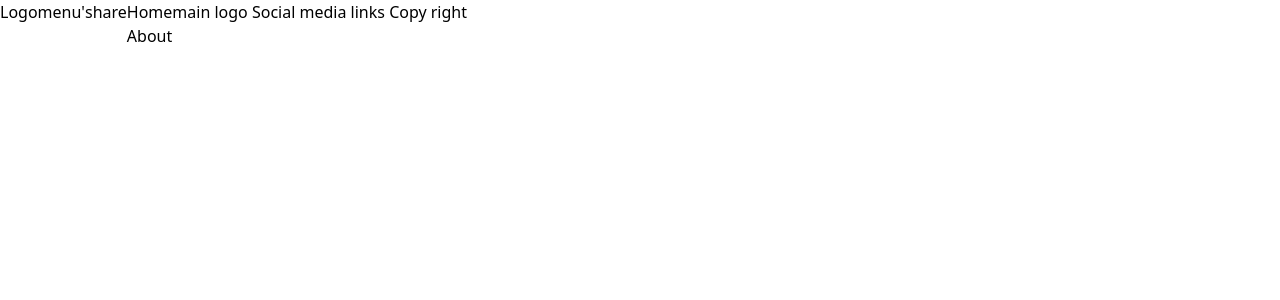
Repository: linco6054/template-tailwindcss
Page: index.html
These files come from the project's save history. The page is drawn as it stood at one moment and after the next save; the edit follows.
The browser window is 1280 px wide. The pictures show the whole page.

Above is the page before, as saved 2021-08-17 14:00:58.

After the next save:
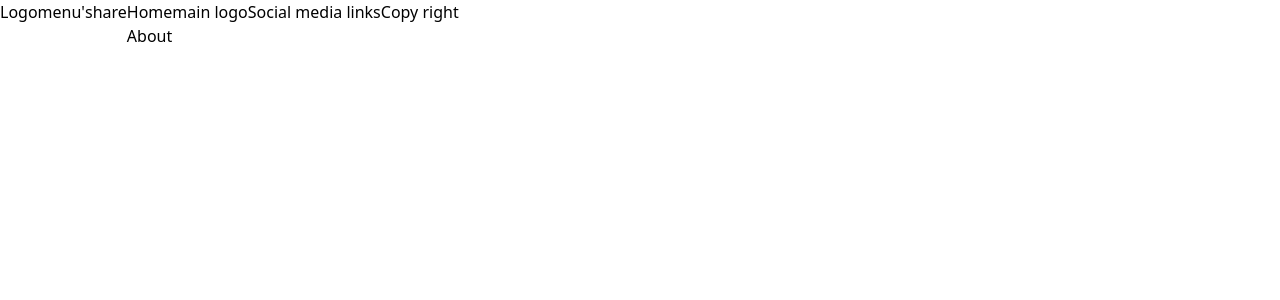
Saved 6 s later.
--- a/index.html
+++ b/index.html
@@ -24,7 +24,7 @@
       <div>About</div>
     </section>
 
-    <footer class="">
+    <footer class="flex">
       <span>main logo</span>
       <span>Social media links</span>
       <span>Copy right</span>
